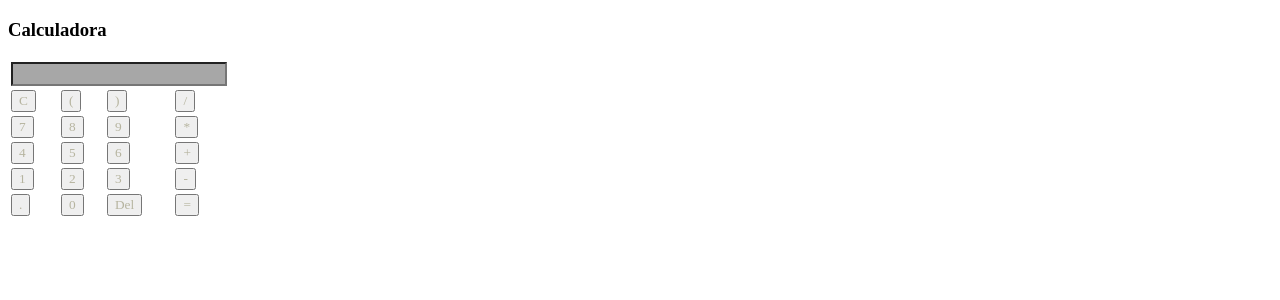
Repository: ServerK001/CalcJsVanilha
Page: index.html
The author's editor kept a copy of each file at every save. The page is drawn from the files as they stood at one save, then again after the next save.
The browser window is 1280 px wide. The pictures show the whole page.
Some web fonts or font styles are not loaded; a fallback is used.

Above is the page before, as saved 2022-02-14 08:34:42.

### index.html
<!DOCTYPE html>
<html lang="pt-br">
<head>
    <meta charset="UTF-8">
    <meta http-equiv="X-UA-Compatible" content="IE=edge">
    <meta name="viewport" content="width=device-width, initial-scale=1.0">
    <script src="index.js" ></script>
    <link rel="stylesheet" href="style.css">
    <link href="//db.onlinewebfonts.com/c/bbfde24114f6f7cc0f421651e88bbca7?family=Unibody+8" rel="stylesheet" type="text/css"/>

    <title>Calculadora</title>
</head>
<body>

        <section class="conteiner">
            <h3>Calculadora</h3>

            <table class="calculadora">
                <tr>
                    <td colspan="4"><input type="text" class="display"></td>
                </tr>

                <tr>
                    <td><button class="btn btn-clear">C</button></td>
                    <td><button class="btn btn-num">(</button></td>
                    <td><button class="btn btn-num">)</button></td>
                    <td><button class="btn btn-num">/</button></td>
                </tr>

                <tr>
                    <td><button class="btn btn-num">7</button></td>
                    <td><button class="btn btn-num">8</button></td>
                    <td><button class="btn btn-num">9</button></td>
                    <td><button class="btn btn-num">*</button></td>
                </tr>
                <tr>
                    <td><button class="btn btn-num">4</button></td>
                    <td><button class="btn btn-num">5</button></td>
                    <td><button class="btn btn-num">6</button></td>
                    <td><button class="btn btn-num">+</button></td>
                </tr>
                <tr>
                    <td><button class="btn btn-num">1</button></td>
                    <td><button class="btn btn-num">2</button></td>
                    <td><button class="btn btn-num">3</button></td>
                    <td><button class="btn btn-num">-</button></td>
                </tr>
                <tr>
                    <td><button class="btn btn-num">.</button></td>
                    <td><button class="btn btn-num">0</button></td>
                    <td><button class="btn btn-del">Del</button></td>
                    <td><button class="btn btn-num">=</button></td>
                </tr>

            </table>

        </section>

</body>
</html>

### index.js
console.log('Olá mundo')

### style.css
:root{
    --btn: #b6b49f;
    --font-display:#a7a7a7;
    --displayBG:#7f8a7a;

}

.display{
    font-size: 1rem;
    width: 100%;
    text-align: right;
    font-family: "Unibody 8";
    color: var(--font-display);
    background-color: var(--font-display);
}

.btn{
    font-family: "Unibody 8";
    color:var(--btn)
}

After the next save:
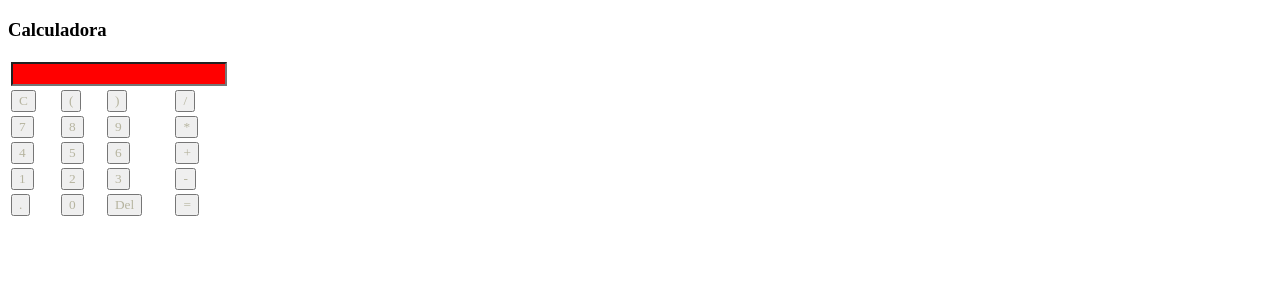
Saved 25 s later.
--- a/style.css
+++ b/style.css
@@ -1,6 +1,6 @@
 :root{
     --btn: #b6b49f;
-    --font-display:#a7a7a7;
+    --font-display:red;
     --displayBG:#7f8a7a;
 
 }
